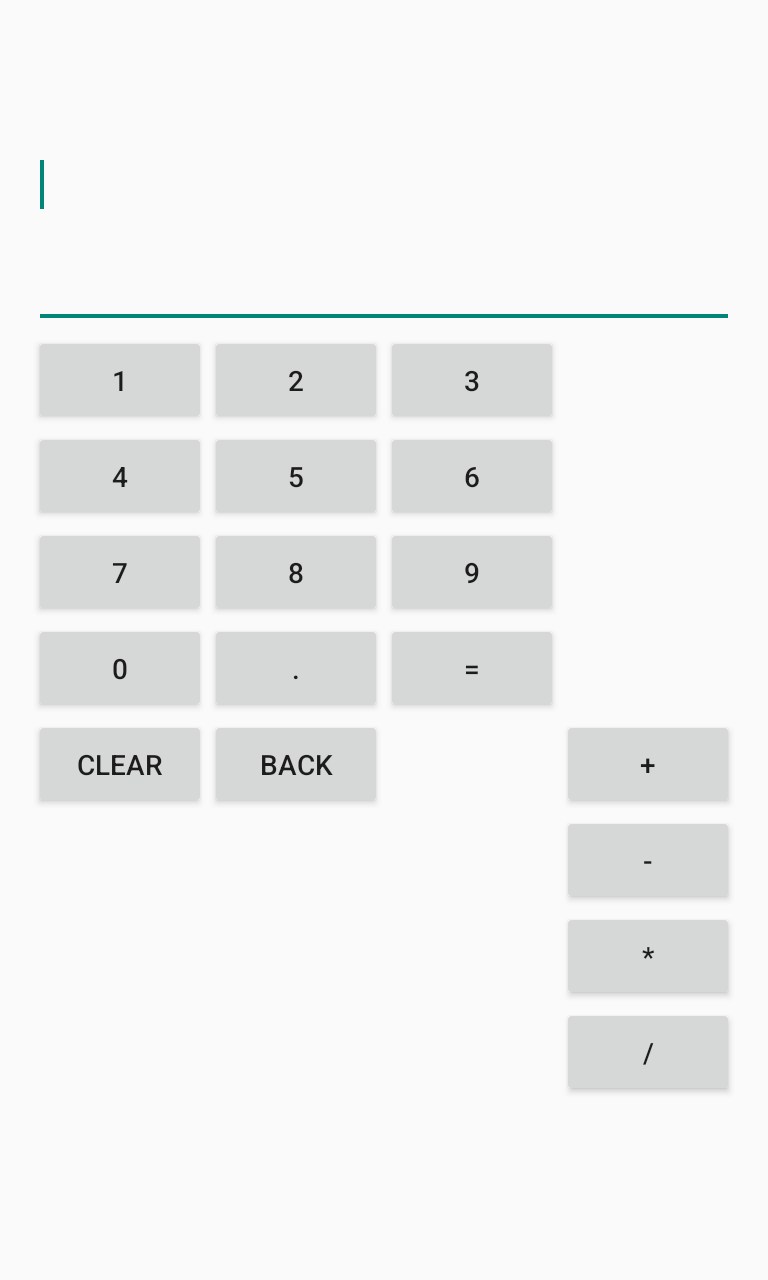
Repository: toa5/CS-399-Project-1
Layout: Calculator/res/layout/activity_calculator.xml
The author's editor kept a copy of each file at every save. The layout is drawn from the files as they stood at one save, then again after the next save.
It is drawn on a 768 x 1280 px phone screen (xhdpi) without system bars, with theme AppTheme; the app's code is not run.

Above is the layout before, as saved 2015-09-27 08:09:33.

After the next save:
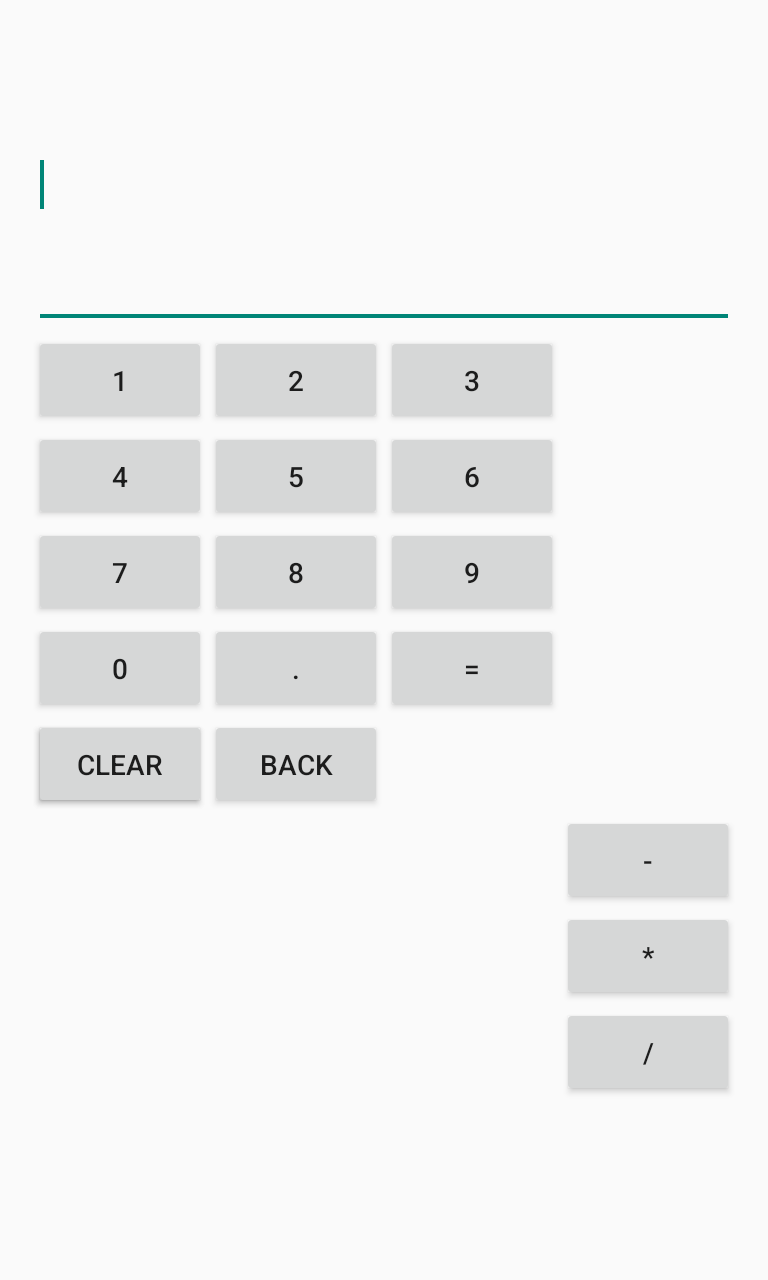
Saved 24 s later.
--- a/Calculator/res/layout/activity_calculator.xml
+++ b/Calculator/res/layout/activity_calculator.xml
@@ -135,7 +135,8 @@
         android1:layout_width="wrap_content"
         android1:layout_height="wrap_content"
         android1:layout_below="@+id/button0"
-        android1:layout_toEndOf="@+id/button3"
+        android1:layout_alignLeft="@+id/textBox"
+        android1:layout_alignStart="@+id/textBox"
         android1:text="@string/plus" />
 
 	<Button android1:id="@+id/buttonMinus"
